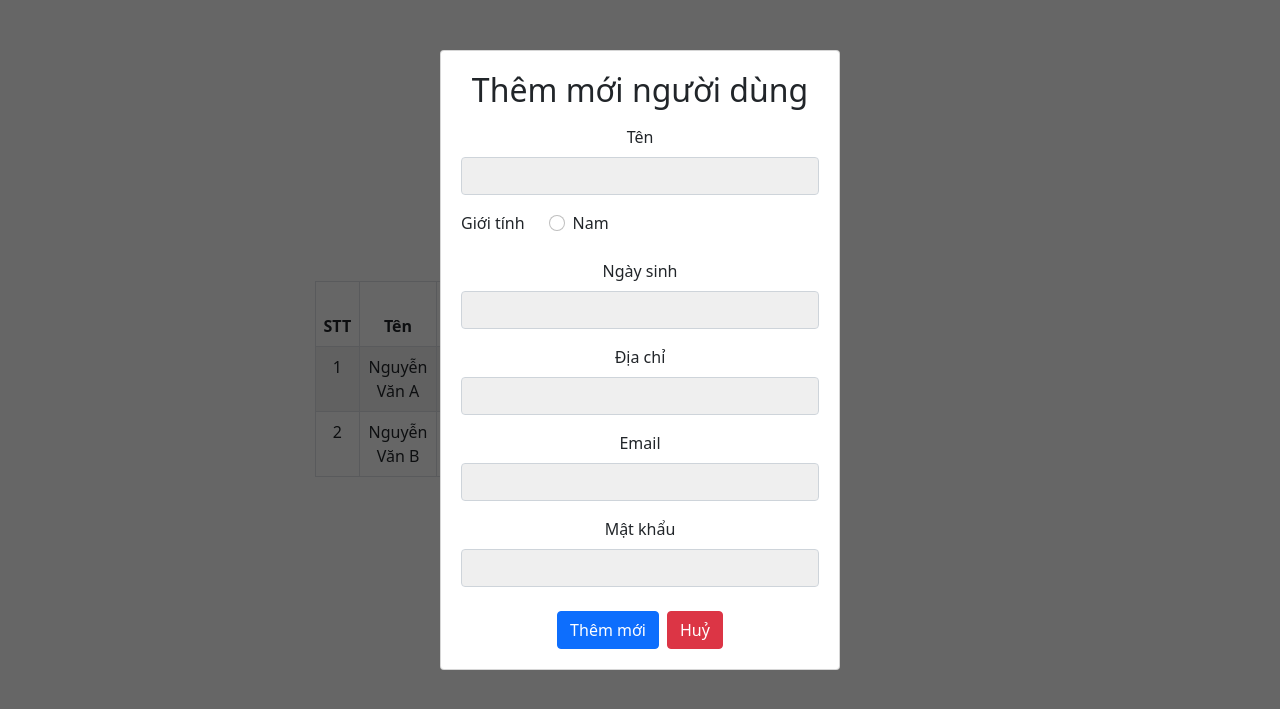
Repository: TinhTT336/MD02_Session12
Page: / (app in client/), after clicking the first element matching `button.btn`
An editor plug-in stored every save of this project. The page is shown before and after the next save, followed by the edit.
The browser window is 1280 px wide. The pictures show the whole page.
The project was rebuilt for these pictures with package versions that can differ from the ones it lists, and the page was loaded fresh each time. Requests to the local data server were answered from the project's data file. Also part of the build but not shown: client/vite.config.js, client/src/utils/formatData.js, client/src/components/admin/manager-product/FormAdd.jsx, client/src/components/admin/manager-product/FormEdit.jsx, client/src/pages/product/ListProduct.jsx.

Above is the page before, as saved 2023-09-11 17:06:25.

### client/index.html
<!DOCTYPE html>
<html lang="en">
  <head>
    <meta charset="UTF-8" />
    <link rel="icon" type="image/svg+xml" href="/vite.svg" />
    <meta name="viewport" content="width=device-width, initial-scale=1.0" />
    <title>Vite + React</title>
    <link
      href="https://cdn.jsdelivr.net/npm/bootstrap@5.0.2/dist/css/bootstrap.min.css"
      rel="stylesheet"
      integrity="sha384-EVSTQN3/azprG1Anm3QDgpJLIm9Nao0Yz1ztcQTwFspd3yD65VohhpuuCOmLASjC"
      crossorigin="anonymous"
    />
    <link
      rel="stylesheet"
      href="https://cdnjs.cloudflare.com/ajax/libs/font-awesome/6.4.2/css/all.min.css"
      integrity="sha512-z3gLpd7yknf1YoNbCzqRKc4qyor8gaKU1qmn+CShxbuBusANI9QpRohGBreCFkKxLhei6S9CQXFEbbKuqLg0DA=="
      crossorigin="anonymous"
      referrerpolicy="no-referrer"
    />
  </head>
  <body>
    <div id="root"></div>
    <script type="module" src="/src/main.jsx"></script>
  </body>
</html>

### client/src/App.jsx
import { useState } from 'react'
import reactLogo from './assets/react.svg'
import viteLogo from '/vite.svg'
import './App.css'
import ListProduct from './pages/product/ListProduct'
import ListUser from './pages/admin/ListUser'

function App() {
  const [count, setCount] = useState(0)

  return (
    <>
      {/* <ListProduct /> */}
      <ListUser />
    </>
  )
}

export default App

### client/src/pages/admin/ListUser.jsx
import React, { useEffect, useState } from 'react';
import axios from 'axios';// khong co dau ngoac nhon
import { notification } from 'antd';
import FormAddUser from '../../components/admin/manager-user/FormAddUser';

export default function ListUser() {
    const [users, setUsers] = useState([]);
    const [show, setShow] = useState(false);
    // goi API lấy tất cả thông tin
    const loadData = () => {
        axios.get("http://localhost:8000/users")
            .then(response => setUsers(response.data))
            .catch(error => console.log(error))
    }

    useEffect(() => {
        loadData();
    }, [])

    // ham xoa du lieu
    const handleDelete = (id) => {
        axios.delete(`http://localhost:8000/users/${id}`)
            .then(response => {
                if (response.status === 200) {
                    notification.success({
                        message: "Thành công!",
                        description: "Xoá tài khoản thành công"
                    });
                    loadData();
                }
            })
            .catch(error => console.log(error))
    }

    // ham hien form them moi
    const handleShow = () => {
        setShow(true);
    }

    // ham dong form them moi
    const handleClose = () => {
        setShow(false);
    }
    return (
        <>
            {/* Form them moi */}
            {show && <FormAddUser handleClose={handleClose} loadData={loadData} />}
            <div className='container w-75 d-flex align-items-center justify-content-center flex-column m-3'>
                <div className=''>
                    <button onClick={handleShow} className='btn btn-primary mb-3'>+ Thêm mới tài khoản</button>
                </div>
                <table className='table table-striped table-hover table-bordered'>
                    <thead>
                        <tr>
                            <th style={{ textAlign: "center" }} scope='col'>STT</th>
                            <th style={{ textAlign: "center" }} scope='col'>Tên</th>
                            <th style={{ textAlign: "center" }} scope='col'>Giới tính</th>
                            <th style={{ textAlign: "center" }} scope='col'>Ngày sinh</th>
                            <th style={{ textAlign: "center" }} scope='col'>Địa chỉ</th>
                            <th style={{ textAlign: "center" }} scope='col'>Email</th>
                            <th style={{ textAlign: "center" }} scope='col' colSpan={2}>Chức năng</th>
                        </tr>
                    </thead>
                    <tbody>
                        {users.map((user, index) => (
                            <tr key={user.id}>
                                <td>{index + 1}</td>
                                <td>{user.user_name}</td>
                                <td>{user.gender === 0 ? "Nam" : "Nữ"}</td>
                                <td>{user.dateOfBirth}</td>
                                <td>{user.address}</td>
                                <td>{user.email}</td>
                                <td ><i className="fa-solid fa-pen-to-square "></i></td>
                                <td onClick={() => handleDelete(user.id)}><i className="fa-solid fa-trash "></i></td>
                            </tr>
                        ))}
                    </tbody>
                </table>
            </div>
        </>
    )
}

### client/src/components/admin/manager-user/FormAddUser.jsx
import { notification } from 'antd';
import React, { useState } from 'react'

export default function FormAddUser({ handleClose, loadData }) {
    // danh sach gender
    const listGender = [
        {
            id: 1,
            title: "Nam"
        },
        {
            id: 2,
            title: "Nữ"
        },
        {
            id: 3,
            title: "Khác"
        }
    ]

    const [user, setUser] = useState({
        user_name: '',
        gender: 0,
        dateOdBirth: "",
        email: '',
        address: "",
        password: ''
    });

    // ham lay du lieu tu o input
    const handleChange = (e) => {
        const { value, name } = e.target;
        setUser({ ...user, [name]: value })
    }

    // ham submit du lieu
    const handleSubmit = (e) => {
        e.preventDefault();
        axios.post("http://localhost:8000/users")
            .then(response => {
                if (response.status === 200) {
                    notification.success({
                        message: "Thành công",
                        description: "Thêm mới người dùng thành công"
                    });
                    loadData();
                }
            })
    }

    return (
        <>
            <div className='product-container'>
                <form className='form-container'>
                    <div className='mb-3'>
                        <h2>Thêm mới người dùng </h2>
                    </div>
                    <div className="mb-3 mt-3">
                        <label htmlFor="user_name" className="form-label">
                            Tên
                        </label>
                        <input type="text" className="form-control" name="user_name" id="user_name" onChange={handleChange} />
                    </div>
                    <div className='d-flex'>
                        <label htmlFor="gender" className="form-label me-4">
                            Giới tính
                        </label>
                        <div className="form-check me-3">
                            <input
                                className="form-check-input"
                                type="radio"
                                name="gender"
                            />
                            <label className="form-check-label" htmlFor="gender">
                                Nam
                            </label>
                        </div>
                    </div>

                    <div className="mb-3 mt-3">
                        <label htmlFor="dateOfBirth" className="form-label">
                            Ngày sinh
                        </label>
                        <input type="text" className="form-control" name="dateOfBirth" id="dateOfBirth" onChange={handleChange} />
                    </div>
                    <div className="mb-3">
                        <label htmlFor="address" className="form-label">
                            Địa chỉ
                        </label>
                        <input type="text" className="form-control" name='address' id='address' onChange={handleChange} />
                    </div>
                    <div className="mb-3">
                        <label className="form-label" htmlFor="email">
                            Email
                        </label>
                        <input type="email" className="form-control" name='email' id='email' onChange={handleChange} />
                    </div>
                    <div className="mb-4">
                        <label className="form-label" htmlFor="password">
                            Mật khẩu
                        </label>
                        <input type="password" className="form-control" name='password' id='password' onChange={handleChange} />
                    </div>
                    <button type="submit" className="btn btn-primary me-2">
                        Thêm mới
                    </button>
                    <button onClick={handleClose} type="button" className="btn btn-danger">
                        Huỷ
                    </button>
                </form>

            </div>

        </>
    )
}

### client/src/components/admin/manager-product/product.css
.product-container {
  position: fixed;
  bottom: 0;
  top: 0;
  right: 0;
  left: 0;
  background: rgba(0, 0, 0, 0.6);
  display: flex;
  align-items: center;
  justify-content: center;
  min-height: 100vh;
}
.form-container {
  width: 400px;
  padding: 20px;
  background-color: #fff;
  border: 1px solid #3333;
  border-radius: 4px;
}
.form-control {
  background-color: #efefef;
}

### server/db.json
{
  "users": [
    {
      "id": 1,
      "user_name": "Nguyễn Văn A",
      "gender": 0,
      "address": "Hà Nội ",
      "dateOfBirth": "20/01/2002",
      "email": "a@gmail.com",
      "password": "123456"
    },
    {
      "id": 2,
      "user_name": "Nguyễn Văn B",
      "gender": 1,
      "address": "Hà Nội ",
      "dateOfBirth": "20/01/2004",
      "email": "b@gmail.com",
      "password": "123457"
    }
  ],
  "products": [
    {
      "id": 1,
      "product_name": "Cam sanh",
      "price": 20000,
      "from": "mien Tay"
    },
    {
      "id": 2,
      "product_name": "Cam vàng",
      "price": 40000,
      "from": "mien Tay"
    },
    {
      "product_name": "Chôm chôm",
      "price": 35000,
      "from": "Miền Nam",
      "id": 5
    },
    {
      "product_name": "Ổi hồng",
      "price": 40000,
      "from": "Miền Nam",
      "id": 6
    },
    {
      "product_name": "Bưởi da xanh",
      "price": 56000,
      "from": "Miền Nam",
      "id": 7
    }
  ]
}

Loaded but not shown: client/src/main.jsx (common file); client/src/index.css (common file); client/src/App.css (common file)

After the next save:
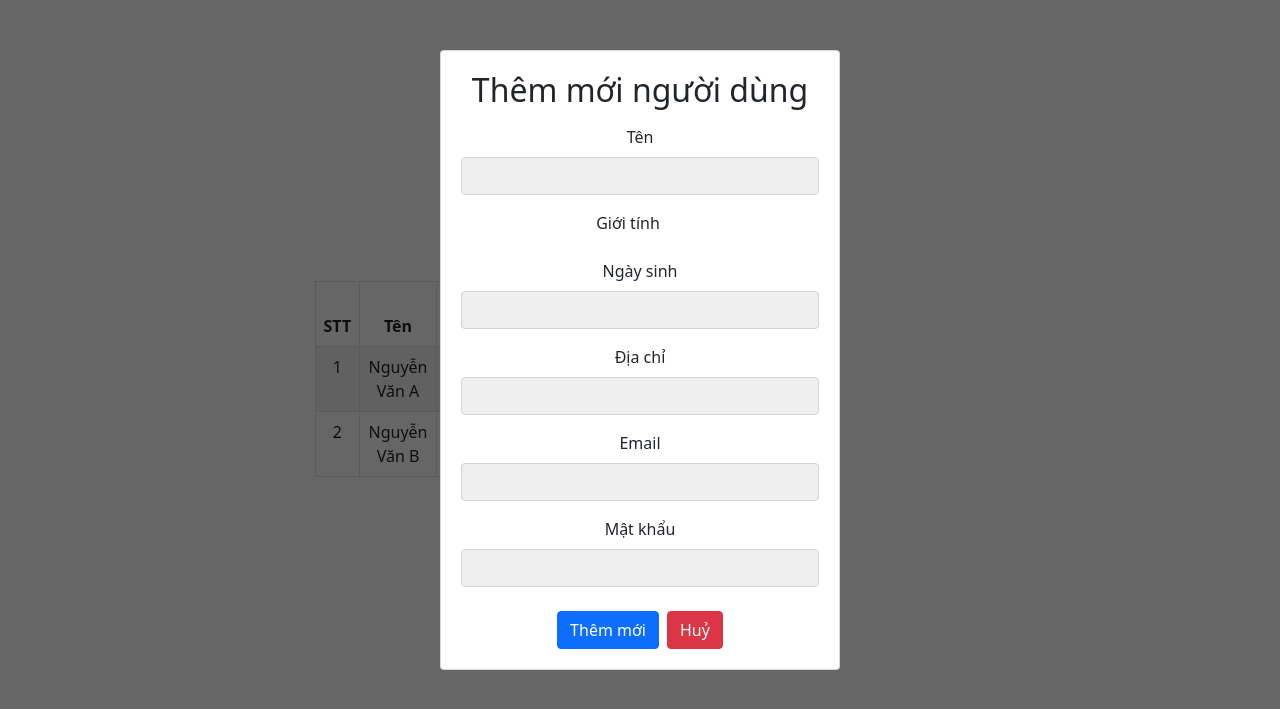
Saved 23 s later.
--- a/client/src/components/admin/manager-user/FormAddUser.jsx
+++ b/client/src/components/admin/manager-user/FormAddUser.jsx
@@ -61,20 +61,11 @@ export default function FormAddUser({ handleClose, loadData }) {
                         </label>
                         <input type="text" className="form-control" name="user_name" id="user_name" onChange={handleChange} />
                     </div>
-                    <div className='d-flex'>
+                    <div className='d-flex flex-column'>
                         <label htmlFor="gender" className="form-label me-4">
                             Giới tính
                         </label>
-                        <div className="form-check me-3">
-                            <input
-                                className="form-check-input"
-                                type="radio"
-                                name="gender"
-                            />
-                            <label className="form-check-label" htmlFor="gender">
-                                Nam
-                            </label>
-                        </div>
+                        <div className='d-flex'></div>
                     </div>
 
                     <div className="mb-3 mt-3">
